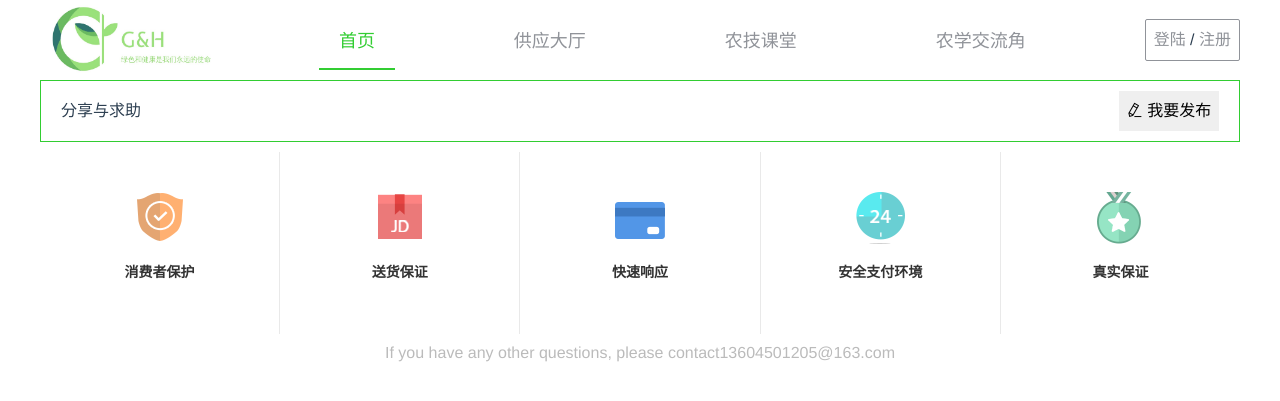
Repository: Miraitowa007/neau
Page: /communication
An editor plug-in stored every save of this project. The page is shown before and after the next save, followed by the edit.
The browser window is 1280 px wide. The pictures show the whole page.
The project was rebuilt for these pictures with package versions that can differ from the ones it lists, and the page was loaded fresh each time. Also part of the build but not shown: vue.config.js, src/views/home/index.vue, src/views/login/index.vue, src/views/sale/index.vue, src/views/class/index.vue.

Above is the page before, as saved 2021-04-30 11:12:02.

### src/main.js
import Vue from 'vue'
import App from './App.vue'
import router from './router'
import ElementUI from 'element-ui';
import 'element-ui/lib/theme-chalk/index.css';
import '@/style/normalize.css'
import store from './store'
import api from './api/index'

Vue.use(ElementUI);
Vue.use(api);
Vue.config.productionTip = false

new Vue({
  router,
  store,
  render: h => h(App)
}).$mount('#app')

### src/App.vue
<template>
  <div id="app">
    <web-header></web-header>
    <router-view></router-view>
    <bottom></bottom>
  </div>
</template>

<script>
import WebHeader from './components/webheader.vue'
import Bottom from './components/bottom.vue'

export default {
  name: 'App',
  components: {
    WebHeader,
    Bottom
  }
}
</script>

<style lang="scss">
#app {
  font-family: Avenir, Helvetica, Arial, sans-serif;
  -webkit-font-smoothing: antialiased;
  -moz-osx-font-smoothing: grayscale;
  text-align: center;
  color: #2c3e50;
}
</style>

### src/router.js
import Vue from 'vue'
import Router from 'vue-router'
import Home from './views/home'
import Login from './views/login'
import Sale from './views/sale'
import Communication from './views/communication'
import Class from './views/class'
Vue.use(Router)

export default new Router({
    mode:'history',
    routes:[
        {
            path:'/',
            name:'index',
            redirect: '/index',
            meta:{}
        },
        {
            path:'/index',
            name:'home',
            component:Home,
            meta:{}
        },
        {
            path:'/sale',
            name:'sale',
            component:Sale,
            meta:{},
        },
        {
            path:'/sale/detail',
            name:'product_detail',
            component:()=>import('./views/sale/details')
        },
        {
            path:'/class',
            name:'class',
            component:Class,
            meta:{}
        },
        {
            path:'/communication',
            name:'communication',
            component:Communication,
            meta:{}
        },
        {
            path:'/login',
            name:'login',
            component:Login,
            meta:{}
        }
    ]
})

### src/store.js
import Vue from 'vue';
import Vuex from 'vuex';
Vue.use(Vuex);
export default new Vuex.Store({
    state:{
        isLogin:false,
        userName:''
    },
    mutations:{
        getUserName(state,name){
            state.userName=name
        }
    },
    actions:{

    },
    getters:{
        getIsLogin(state){
            return state.isLogin
        },
        getUserName(state){
            return state.userName
        }
    }
})

### src/api/index.js
import * as api_product from './productList'
import * as api_news from './newsList'

const apiObj = {
  api_product,
  api_news
}

const install = function (Vue) {
  if (install.installed) return
  install.installed = true

  //定义属性到Vue原型中
  Object.defineProperties(Vue.prototype, {
    $fetch: {
      get() {
        return apiObj
      }
    }
  })
}

export default {
  install
}

### src/components/webheader.vue
<template>
    <div class="webHeader">
        <router-link to="/index" class="logo">
            <img src="@/assets/images/logo.jpg" alt="" srcset="" >
        </router-link>
        <el-menu :default-active="activeIndex" class="el-menu-demo" mode="horizontal" @select="handleSelect" active-text-color="#32CD32">
            <el-menu-item index="1">
                <router-link to="/index">
                    首页
                </router-link>
            </el-menu-item>
            <el-menu-item index="2">
                <router-link to="/sale">
                    供应大厅
                </router-link>
            </el-menu-item>
            <el-menu-item index="3">
                <router-link to="/class">
                    农技课堂
                </router-link>
            </el-menu-item>
            <el-menu-item index="4">
                <router-link to="/communication">
                    农学交流角
                </router-link>
            </el-menu-item>
        </el-menu>
        <div v-if="!getIsLogin" class="login">
            <router-link to="/communication">
                登陆
            </router-link>
            <span>/</span>
            <router-link to="/communication">
                注册
            </router-link>
        </div>
        <div v-else>
            <el-dropdown>
                <span class="el-dropdown-link">
                    {{getUserName}}<i class="el-icon-arrow-down el-icon--right"></i>
                </span>
                <el-dropdown-menu slot="dropdown">
                    <el-dropdown-item>
                        退出登陆
                    </el-dropdown-item>
                </el-dropdown-menu>
                </el-dropdown>
        </div>
    </div>
</template>
<script>
import {mapGetters} from 'vuex'
export default {
    name:'WebHeader',
    data(){
        return{
            activeIndex:'1'
        }
    },
    methods:{
        handleSelect(){

        }
    },
    computed:{
        ...mapGetters(['getIsLogin','getUserName'])
    }
}
</script>
<style lang="scss" scoped>
    .webHeader{
        width:1200px;
        height: 80px;
        line-height: 80px;
        display: flex;
        align-items: center;
        margin: 0 auto;
        .logo{
            width: 180px;
            height: 80px;
            line-height: 80px;
            img{
                width: 180px;
                height: 80px;
                line-height: 80px;
            }
        }
        .el-menu-demo{
            height: 80px;
            line-height: 80px;
            background-color: #ffffff;
            border: none;
            flex-grow: 1;
            display: flex;
            align-items: center;
            justify-content: space-between;;
            text-decoration: none;
            .el-menu-item{
                font-size: 18px;
                color: #909399;
            }
        }
        .login{
            height: 40px;
            text-align: center;
            line-height: 40px;
            padding: 0 8px;
            border: 1px solid #909399;
            border-radius: 2px;
            overflow: hidden;
            a{
                color:#909399
            }
        }
    }
</style>

### src/components/bottom.vue
<template>
    <div>
        <ul class="statement">
            <li >
                <div class="protection"></div>
                <div class="title">消费者保护</div>
            </li>
            <li >
                <div class="divery"></div>
                <div class="title">送货保证</div>
            </li>
            <li >
                <div class="response"></div>
                <div class="title">快速响应</div>
            </li>
            <li >
                <div class="pay"></div>
                <div class="title">安全支付环境</div>
            </li>
            <li >
                <div class="Guarantee"></div>
                <div class="title">真实保证</div>
            </li>
        </ul>
        <div class="bottom">If you have any other questions, please contact13604501205@163.com</div>
    </div>
</template>
<script>
export default {
    name:'bottom',
    data(){
        return {

        }
    }
}
</script>
<style lang="scss" scoped>
.statement{
    width: 1200px;
    margin: 10px auto;
    display: flex;
    justify-content: space-around;
    li{
        border-right: 1px solid #e9e9e9;
        width: 240px;
        height: 182px;
        float: left;
        text-align: center;
        &:last-child{
            border: none;
        }
    }
    .title{
        color: #333;
        font-size: 14px;
        margin-top: 20px;
        display: block;
        font-weight: 700;
    }
    .protection{
        width: 50px;
        height: 52px;
        background: url('../assets/images/icon_sprite.png');
        margin: 40px auto 0;
    }
    .divery{
        width: 50px;
        height: 52px;
        background: url('../assets/images/icon_sprite.png');
        margin: 40px auto 0;
        background-position: 0 -64px
    }
    .response{
        width: 50px;
        height: 52px;
        background: url('../assets/images/icon_sprite.png');
        margin: 40px auto 0;
        background-position: 0 -114px
    }
    .pay{
        width: 50px;
        height: 52px;
        background: url('../assets/images/icon_sprite.png');
        margin: 40px auto 0;
        background-position: 0 -168px
    }
    .Guarantee{
        width: 50px;
        height: 52px;
        background: url('../assets/images/icon_sprite.png');
        margin: 40px auto 0;
        background-position: 0 -220px;
    }
}
.bottom{
    margin: 0 auto 15px;
    color: #bbb;
    font-size: 16px;
}
</style>

### src/views/communication/index.vue
<template>
    <div class="communication">
        <header class="header">
            <div class="share">分享与求助</div>
            <button class="publish">
                <i class="el-icon-edit"></i>
                我要发布
            </button>
        </header>
    </div>
</template>

<script>
export default {

}
</script>

<style lang="scss" scoped>
.communication{
    width: 1200px;
    margin: 0 auto;
    .header{
        height: 60px;
        line-height: 60px;
        margin: 0 auto;
        display: flex;
        border: 1px solid #32CD32;
        position: relative;
        .share{
            margin-left: 20px;
        }
        .publish{
            width: 100px;
            height: 40px;
            border: none;
            position: absolute;
            top:10px;
            right: 20px;
        }
    }
}
</style>

### src/api/productList.js
import fetch from '../common'
export function getProductList(params){
    return fetch({
        url: `/list`,
        method: 'get',
        params
    })
}

### src/api/newsList.js
import fetch from '../common'
export function getNewsList(params){
    return fetch({
        url: `/articleList`,
        method: 'get',
        params
    })
}

### src/common/index.js
/*
 * @Author: ShiJInMing
 * @Date: 2021-04-28 16:34:49
 * @LastEditors: ShiJInMing
 * @LastEditTime: 2021-04-28 17:08:50
 */
import axios from 'axios'
// import router from 'src/router'
import { server_base_url } from '../../src/config/index'

//添加一个响应拦截器
axios.interceptors.response.use(function (res) {
    return res;
}, function (error) {
  let data = error.response.data;
  if (data.code == 20001) {
    let currentUrl = window.location.href;
    window.location = data.data.loginUrl + '?returnUrl=' + currentUrl;

  } else {
    return Promise.reject(error);
  }
})
export default function fetch(options) {
    return new Promise((resolve, reject) => {
        let arrHeader
        arrHeader = { 'Content-Type': 'application/json;charset=utf-8' }
        //创建一个axios实例
        const instance = axios.create({
        //设置默认根地址
        // baseURL: process.env.VUE_APP_BASE_API,
        baseURL: server_base_url,
        //设置请求超时设置
        timeout: 30000,
        //设置请求时的header
        headers: arrHeader,
        //允许跨域携带cookie
        withCredentials: true
        })

        //请求处理
        instance(options)
        .then((res) => {
            //请求成功时,根据业务判断状态
            if (res.data) {
            resolve(res.data)
            return false
            }
            else {
            resolve(res.data);
            return false
            }
        })
        .catch((error) => {
            //请求失败时,根据业务判断状态
            if (error.response) {
            if (error.response.status === 401) {
                // let currentUrl = encodeURIComponent(window.location.href)
                window.location = 'http://idssa.jd.com/sso/login?' + 'ReturnUrl=' + 'http://oper.jd.id'
            }
            reject(error.data)
            }
        })
    })
}

### src/config/index.js
/*
 * @Author: ShiJInMing
 * @Date: 2021-04-28 16:45:07
 * @LastEditors: ShiJInMing
 * @LastEditTime: 2021-04-28 17:09:11
 */
export const server_base_url = 'http://easy-mock.jd.com/mock/5feb2feb7226a9f39b3b1b7d/example'

Loaded but not shown: public/index.html (common file); src/style/normalize.css (library)

After the next save:
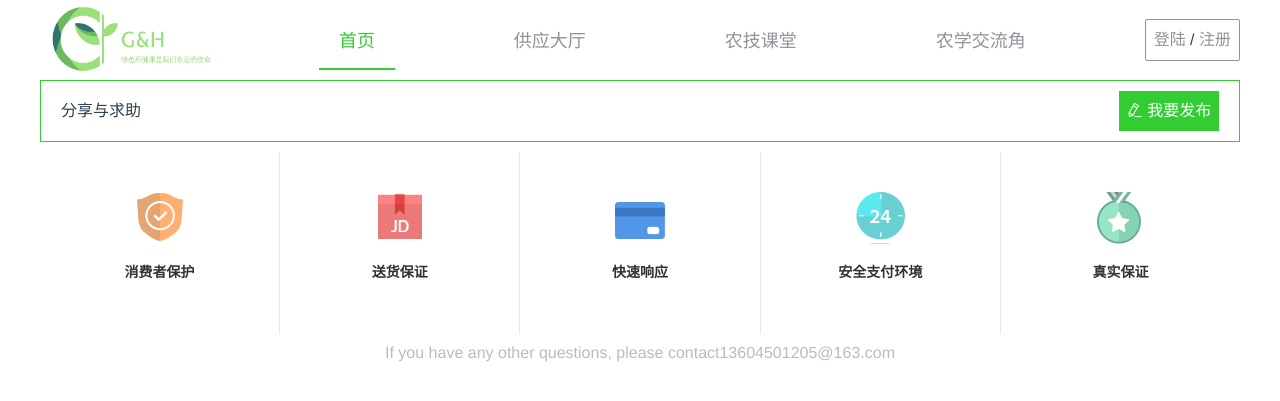
Saved 19 s later.
--- a/src/views/communication/index.vue
+++ b/src/views/communication/index.vue
@@ -37,6 +37,8 @@
             position: absolute;
             top:10px;
             right: 20px;
+            background: #32CD32;
+            color: #fff;
         }
     }
 }
